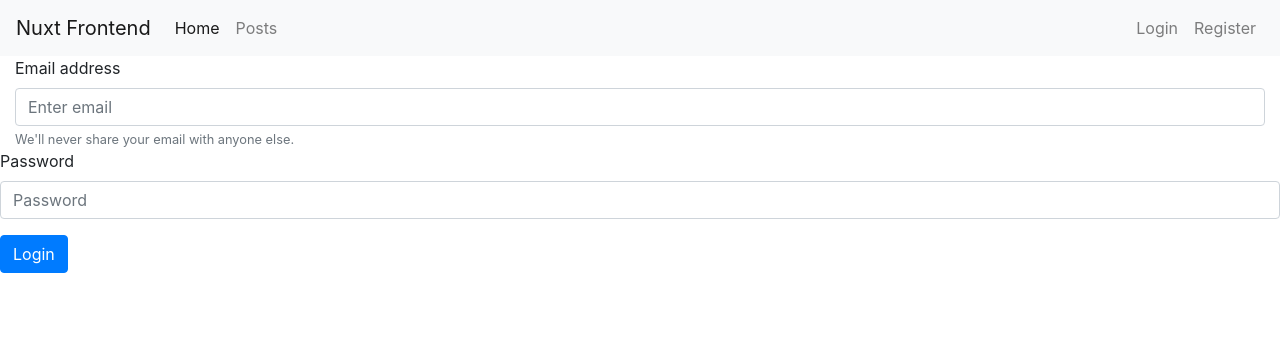
Repository: kazu62/lara-nuxt-front
Page: /login
These files come from the project's save history. The page is drawn as it stood at one moment and after the next save; the edit follows.
The browser window is 1280 px wide. The pictures show the whole page.
The project was rebuilt for these pictures with package versions that can differ from the ones it lists, and the page was loaded fresh each time. The framework's server and built-in components were replaced by stand-ins that run in the browser. Also part of the build but not shown: nuxt.config.js.

Above is the page before, as saved 2018-11-26 23:17:35.

### layouts/default.vue
<template>
  <div>
    <Nav/>
    <nuxt/>
  </div>
</template>
<script>
import Nav from "@/components/Navbar"
  export default {
    components:{
      Nav
    }
  }
</script>

### pages/login.vue
<template>
  <form>
    <div class="container col-md">
      <label>Email address</label>
      <input type="email" class="form-control" placeholder="Enter email">
      <small class="form-text text-muted">We'll never share your email with anyone else.</small>
    </div>
    <div class="form-group">
      <label>Password</label>
      <input type="password" class="form-control" placeholder="Password">
    </div>

    <button type="submit" class="btn btn-primary">Login</button>
  </form>
</template>

### components/Navbar.vue
<template>
  <nav class="navbar navbar-expand-lg navbar-light bg-light">
    <nuxt-link class="navbar-brand" to="/">Nuxt Frontend</nuxt-link>
    <button class="navbar-toggler" type="button" data-toggle="collapse" data-target="#navbarNav" aria-controls="navbarNav" aria-expanded="false" aria-label="Toggle navigation">
      <span class="navbar-toggler-icon"></span>
    </button>
    <div class="collapse navbar-collapse" id="navbarNav">
      <ul class="navbar-nav">
        <li class="nav-item active">
          <nuxt-link class="nav-link" to="/">Home</nuxt-link>
        </li>
        <li class="nav-item">
          <nuxt-link class="nav-link" to="/">Posts</nuxt-link>
        </li>
      </ul>
      <ul class='navbar-nav ml-auto'>
        <li class="nav-item">
          <nuxt-link class="nav-link" to="/login">Login</nuxt-link>
        </li>
        <li class="nav-item">
          <nuxt-link class="nav-link" to="/register">Register</nuxt-link>
        </li>
      </ul>
    </div>
  </nav>
</template>
  <script>
  export default {

  }
  </script>

After the next save:
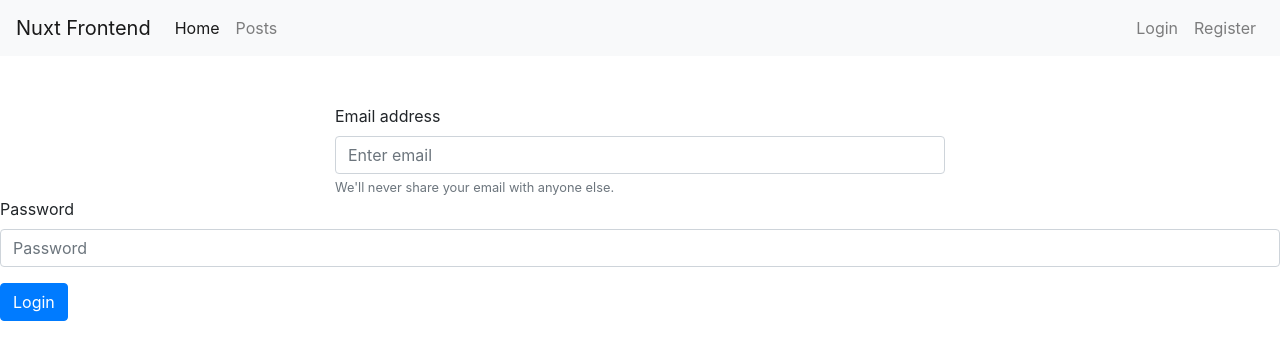
Saved 16 s later.
--- a/pages/login.vue
+++ b/pages/login.vue
@@ -1,6 +1,6 @@
 <template>
   <form>
-    <div class="container col-md">
+    <div class="container col-md-6 mt-5">
       <label>Email address</label>
       <input type="email" class="form-control" placeholder="Enter email">
       <small class="form-text text-muted">We'll never share your email with anyone else.</small>
